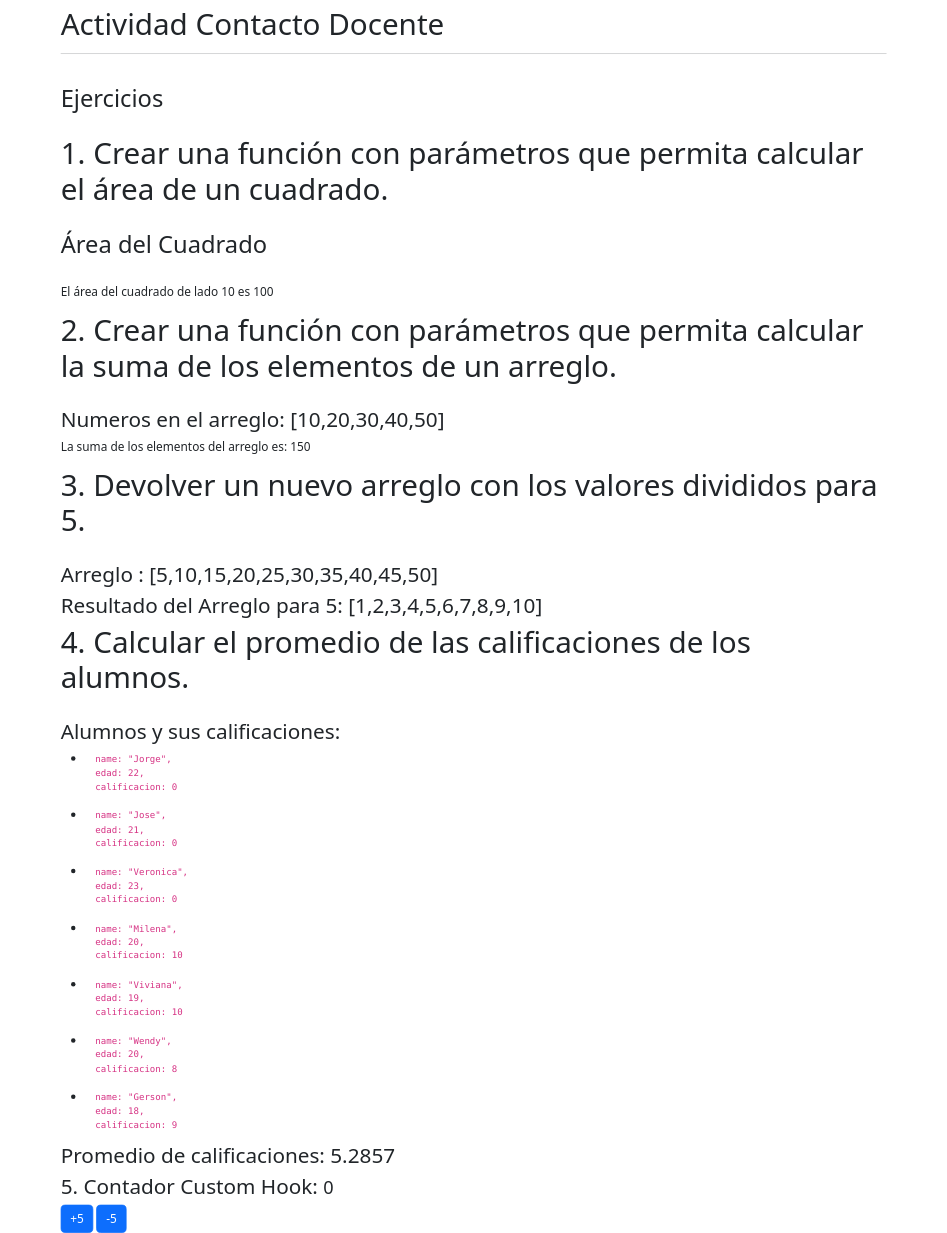
Repository: Jchimbo99/Actvidad1
Page: / (app in typescript-actividad/)
These files come from the project's save history. The page is drawn as it stood at one moment and after the next save; the edit follows.
The browser window is 1280 px wide. The pictures show the whole page, at 74% of full size.
The project was rebuilt for these pictures with package versions that can differ from the ones it lists, and the page was loaded fresh each time. Also part of the build but not shown: typescript-actividad/vite.config.ts.

Above is the page before, as saved 2025-01-24 17:57:43.

### typescript-actividad/index.html
<!doctype html>
<html lang="en">
  <head>
    <meta charset="UTF-8" />
    <link rel="icon" type="image/svg+xml" href="/vite.svg" />
    <meta name="viewport" content="width=device-width, initial-scale=1.0" />
    <link href="https://cdn.jsdelivr.net/npm/bootstrap@5.3.3/dist/css/bootstrap.min.css" rel="stylesheet" integrity="sha384-QWTKZyjpPEjISv5WaRU9OFeRpok6YctnYmDr5pNlyT2bRjXh0JMhjY6hW+ALEwIH" crossorigin="anonymous">

    <title>Activididad Jch</title>
  </head>
  <body class="container">
    <div id="root"></div>
    <script type="module" src="/src/main.tsx"></script>
  </body>
</html>

### typescript-actividad/src/App.tsx
import { ContadorCustomHook } from "./components/ContadorCustomHook";
import { AreaCuadrado } from "./typescript/AreaCuadrado";
import { SumaArreglo } from "./typescript/Arreglo";
import { ArreglosDivision } from "./typescript/ArreglosDivision";
import { PromedioCalificaciones } from "./typescript/PromedioCalificaciones";

export const App = () => {
  return (

    <div className="mt-2">
      <h1>Actividad Contacto Docente</h1>
      <hr />
      <br />
      <h2>Ejercicios</h2>
      <br />

      <AreaCuadrado/>

      <SumaArreglo/>
      <ArreglosDivision/>
      <PromedioCalificaciones/>
      <ContadorCustomHook/>
      </div>
  )
}


export default App;

### typescript-actividad/src/components/ContadorCustomHook.tsx
import { useCounter } from "../hooks/useCounter";

export const ContadorCustomHook = () => {

    //lamar custohok

    const {valor, contador}=useCounter(0);


return (
    <div>
    <h3>5. Contador Custom Hook: <small>{valor}</small>
    </h3>
    <button
        className="btn btn-primary"
        onClick={() => contador(5)}>+5
    </button>
    &nbsp;

    <button
        className="btn btn-primary"
        onClick={() => contador(-5)}>-5
    </button>
    &nbsp;
    </div>
);
};

### typescript-actividad/src/typescript/AreaCuadrado.tsx
export const AreaCuadrado = () => {
    const lado = 10;
    const area = lado * lado;

    return (
        <div>

            <h1>1.	Crear una función con parámetros que permita calcular el área de un cuadrado.</h1>
            <br />
            <h2>Área del Cuadrado</h2>
            <br />
            <p>El área del cuadrado de lado {lado} es {area}</p>

        </div>
    );
}

### typescript-actividad/src/typescript/Arreglo.tsx
export const SumaArreglo = () => {

    const numeros = [10, 20, 30, 40, 50];

    const calcularSuma = (numeros: number[]): number => {
        return numeros.reduce((total, numero) => total + numero, 0);
    }

    const totalSuma = calcularSuma(numeros);

    return (
        <div>
            <h1>2. Crear una función con parámetros que permita calcular la suma de los elementos de un arreglo.</h1>
            <br />
            <h3>Numeros en el arreglo: {JSON.stringify(numeros)}</h3>
            <p>La suma de los elementos del arreglo es: {totalSuma}</p>
        </div>
    );
}

### typescript-actividad/src/typescript/ArreglosDivision.tsx
export const ArreglosDivision = () => {
    const arreglo = [5, 10, 15, 20, 25, 30, 35, 40, 45, 50];

    const arregloDividido = arreglo.map((valor) => valor / 5);

    return (
        <div>
            <h1>3. Devolver un nuevo arreglo con los valores divididos para 5.</h1>
            <br />
            <h3>Arreglo : {JSON.stringify(arreglo)}</h3>
            <h3>Resultado del Arreglo para  5: {JSON.stringify(arregloDividido)}</h3>
        </div>
    );
}

### typescript-actividad/src/typescript/PromedioCalificaciones.tsx
interface Alumnos {
    name: string;
    edad: number;
    calificacion: number;
}

export const PromedioCalificaciones = () => {
    const alumnos: Alumnos[] = [
        {
            name: "Jorge",
            edad: 22,
            calificacion: 0,
        },
        {
            name: "Jose",
            edad: 21,
            calificacion: 0,
        },
        {
            name: "Veronica",
            edad: 23,
            calificacion: 0,
        },
        {
            name: "Milena",
            edad: 20,
            calificacion: 10,
        },
        {
            name: "Viviana",
            edad: 19,
            calificacion: 10,
        },
        {
            name: "Wendy",
            edad: 20,
            calificacion: 8,
        },
        {
            name: "Gerson",
            edad: 18,
            calificacion: 9,
        },
    ];

    // Función para calcular el promedio de las calificaciones
    const calcularPromedio = (alumnos: Alumnos[]): number => {
        const sumaCalificaciones = alumnos.reduce((total, alumno) => total + alumno.calificacion, 0);
        return sumaCalificaciones / alumnos.length;
    };

    const promedio = calcularPromedio(alumnos);

    return (
        <div>
            <h1>4. Calcular el promedio de las calificaciones de los alumnos.</h1>
            <br />
            <h3>Alumnos y sus calificaciones:</h3>
            <ul>
                {alumnos.map((alumno) => (
                    <li key={alumno.name}>
                        <code>
                            <pre>{`  name: "${alumno.name}",\n  edad: ${alumno.edad},\n  calificacion: ${alumno.calificacion}\n`}</pre>
                        </code>
                    </li>
                ))}
            </ul>
            <h3>Promedio de calificaciones: {Number(promedio.toFixed(4))}</h3>

        </div>
    );
};

### typescript-actividad/src/hooks/useCounter.tsx
import { useState } from "react";

export const useCounter = (inicial: number = 0) => {


    const [valor, setValor] = useState<number>(inicial);


    const contador = (numero: number): void => {
        setValor(valor + numero);
    }
return{
    valor,
    contador
}

}

Loaded but not shown: typescript-actividad/src/main.tsx (common file)

After the next save:
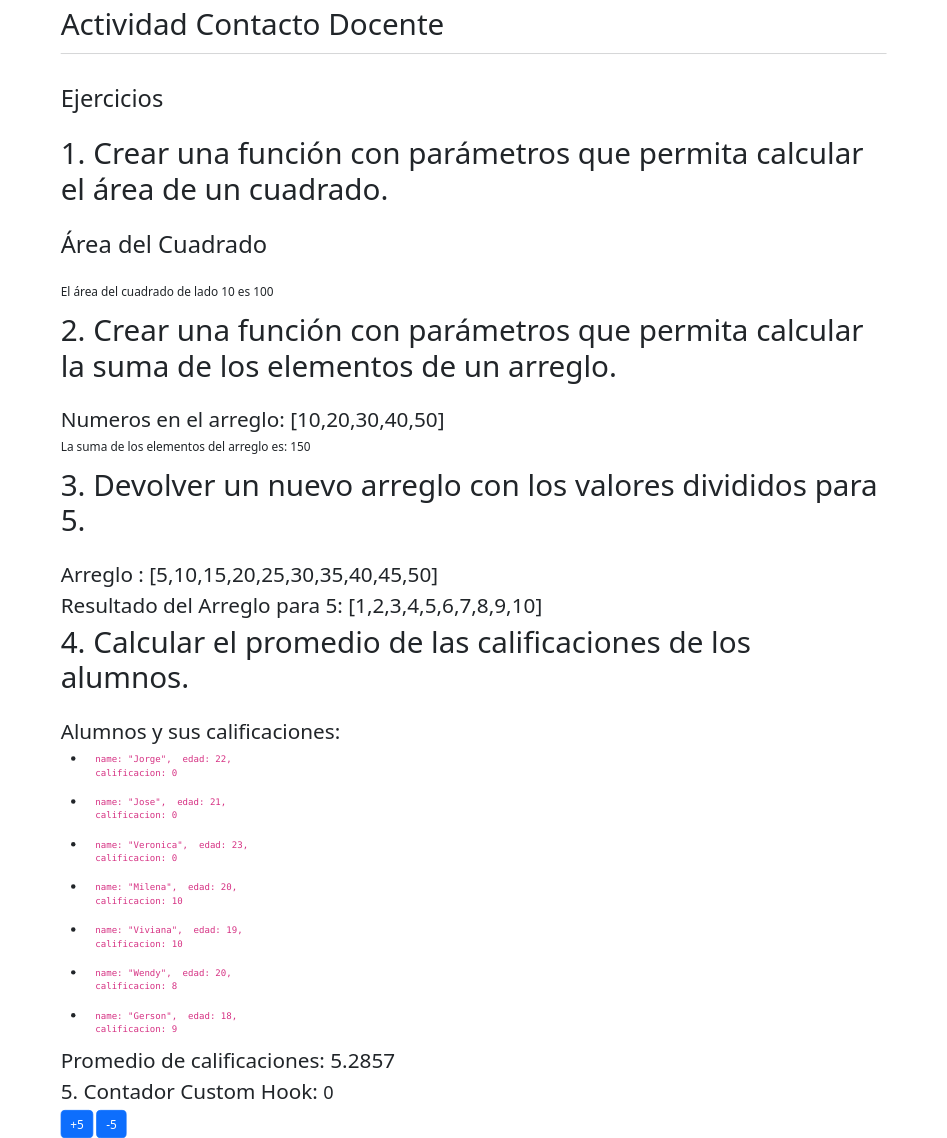
Saved 5 s later.
--- a/typescript-actividad/src/typescript/PromedioCalificaciones.tsx
+++ b/typescript-actividad/src/typescript/PromedioCalificaciones.tsx
@@ -60,7 +60,7 @@ export const PromedioCalificaciones = () => {
                 {alumnos.map((alumno) => (
                     <li key={alumno.name}>
                         <code>
-                            <pre>{`  name: "${alumno.name}",\n  edad: ${alumno.edad},\n  calificacion: ${alumno.calificacion}\n`}</pre>
+                            <pre>{`  name: "${alumno.name}",  edad: ${alumno.edad},\n  calificacion: ${alumno.calificacion}\n`}</pre>
                         </code>
                     </li>
                 ))}
